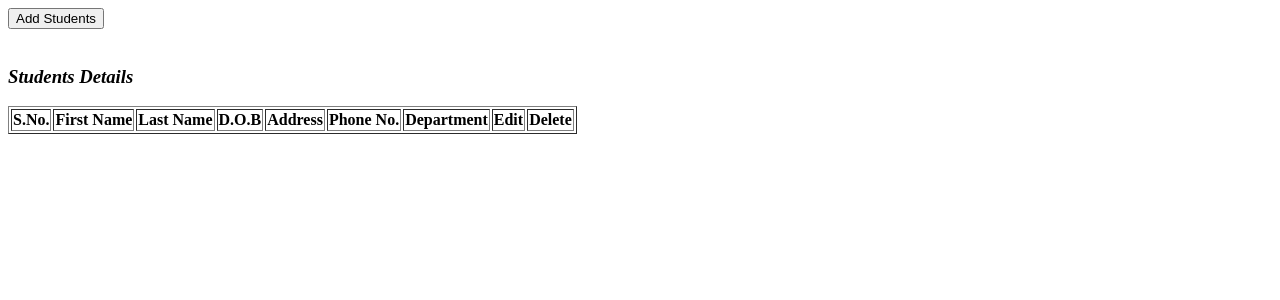
Repository: shubhamsingh331/Learners_Academy
Page: http://localhost/LearnersAcademy/Students/Students.jsp
An editor plug-in stored every save of this project. The page is shown before and after the next save, followed by the edit.
The browser window is 1280 px wide. The pictures show the whole page.
The page is served by Tomcat 9. Queries for data that is not in the repository find no rows.

Above is the page before, as saved 2023-10-11 09:43:55.

After the next save:
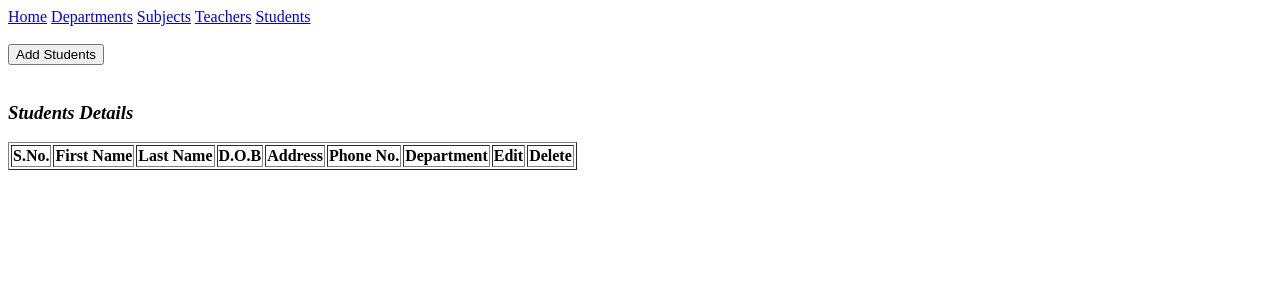
Saved 2 min 36 s later.
--- a/LearnersAcademy/src/main/webapp/Students/Students.jsp
+++ b/LearnersAcademy/src/main/webapp/Students/Students.jsp
@@ -7,6 +7,13 @@
 <title>Insert title here</title>
 </head>
 <body>
+<div class="topnav">
+  <a class="active" href="../Homepage.jsp">Home</a>
+  <a href="../Department/Department.jsp">Departments</a>
+  <a href="../Subjects/Subject.jsp">Subjects</a>
+  <a href="../Teachers/Teachers.jsp">Teachers</a>
+  <a href="Students/Students.jsp">Students</a>
+</div><br>
 <form action="AddStudents.jsp" method="post">
 <input type="submit" value="Add Students">
 </form>
